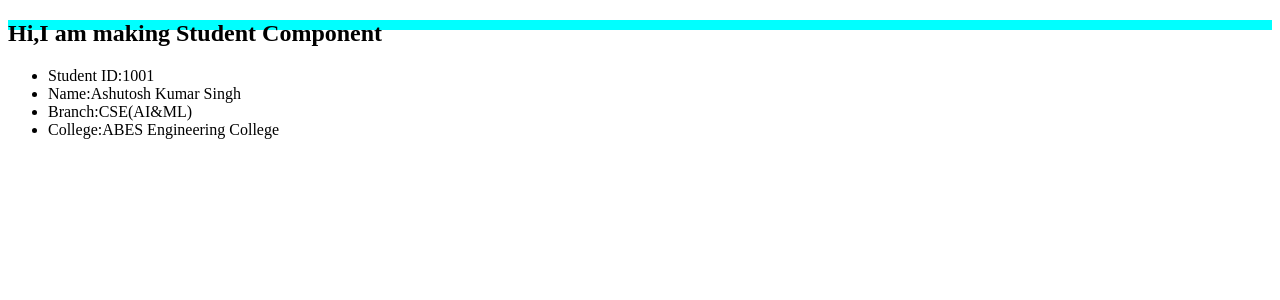
Repository: ashurauza/FSD_Sem5
Page: / (app in FSD_Sem5/CSS/ReactRevisionDOM/)
An editor plug-in stored every save of this project. The page is shown before and after the next save, followed by the edit.
The browser window is 1280 px wide. The pictures show the whole page.
The project was rebuilt for these pictures with package versions that can differ from the ones it lists, and the page was loaded fresh each time.

Above is the page before, as saved 2025-10-27 09:28:58.

### FSD_Sem5/CSS/ReactRevisionDOM/index.html
<!DOCTYPE html>
<html lang="en">
<head>
    <meta charset="UTF-8">
    <meta name="viewport" content="width=device-width, initial-scale=1.0">
    <title>RevisionDOM</title>
</head>
<body>
    <div id="parent"></div>
    <script src="https://unpkg.com/react@18/umd/react.development.js" crossorigin></script>
    <script src="https://unpkg.com/react-dom@18/umd/react-dom.development.js" crossorigin></script>
    <script src="student.jsx" type="module"></script>

</body>
</html>

### FSD_Sem5/CSS/ReactRevisionDOM/student.jsx



const parent = document.getElementById("parent");
const root = ReactDOM.createRoot(parent);


const h21=<h2>
    Hi,I am making Student Component
</h2>
const li11=<li>Student ID:1001</li>
const li22=<li>Name:Ashutosh Kumar Singh</li>
const li33=<li>Branch:CSE(AI&ML)</li>
const li44=<li>College:ABES Engineering College</li>
const ul1=<ul>{[li11,li22,li33,li44]}</ul>
const wrapper1=(
    <>
    {h21}
    {ul1}
    </>
)

const wrapper = React.createElement("div", {style: {height:10,backgroundColor: 'cyan'}}, [h21, ul1]);

root.render(wrapper);

After the next save:
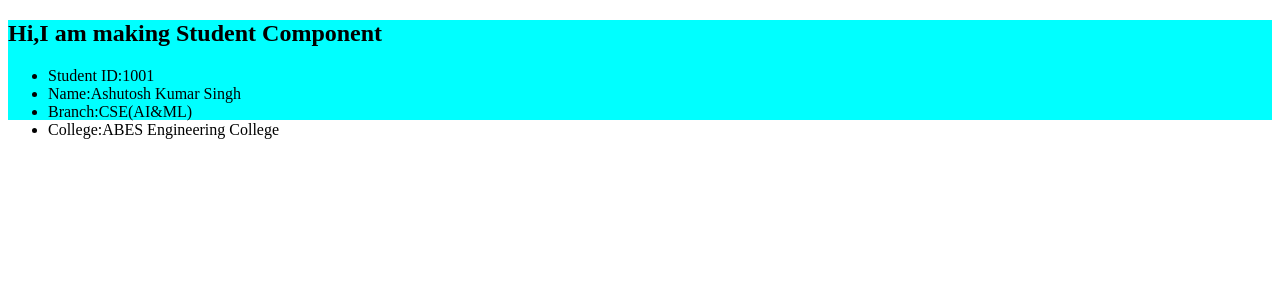
Saved 13 s later.
--- a/FSD_Sem5/CSS/ReactRevisionDOM/student.jsx
+++ b/FSD_Sem5/CSS/ReactRevisionDOM/student.jsx
@@ -20,6 +20,6 @@ const wrapper1=(
     </>
 )
 
-const wrapper = React.createElement("div", {style: {height:10,backgroundColor: 'cyan'}}, [h21, ul1]);
+const wrapper = React.createElement("div", {style: {height:100,backgroundColor: 'cyan'}}, [h21, ul1]);
 
 root.render(wrapper);
